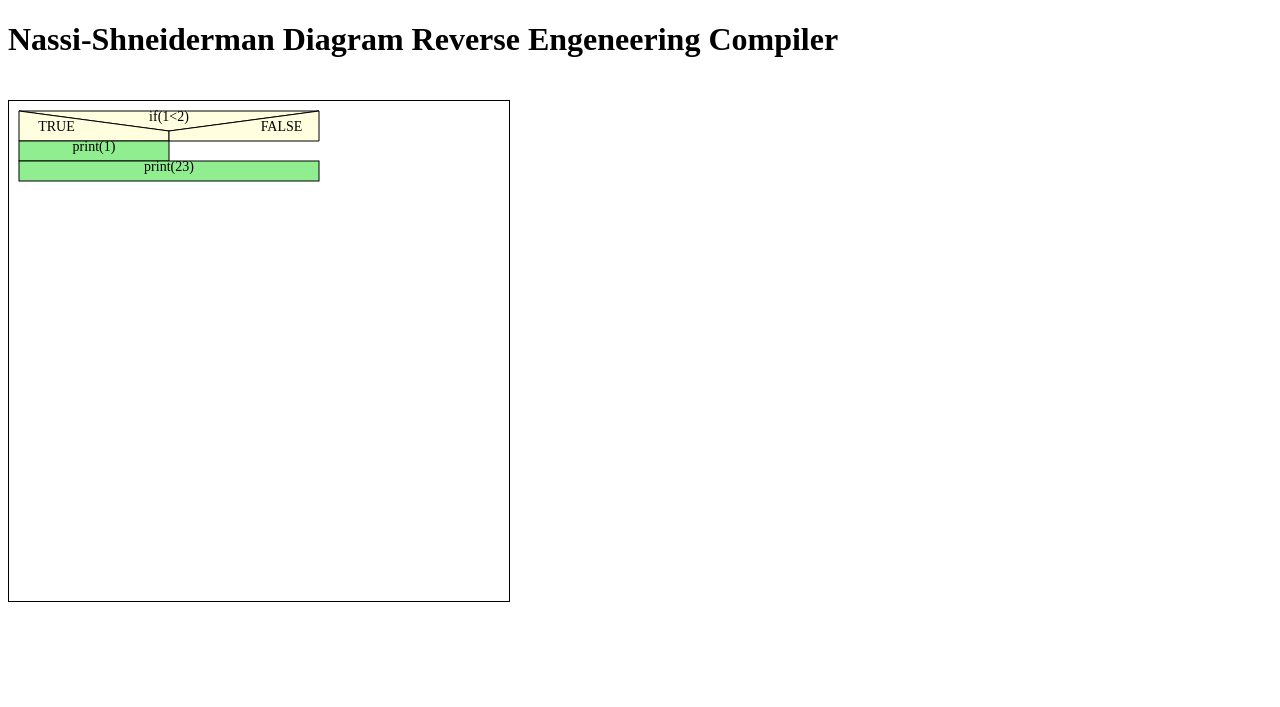
Repository: fabsch225/Nassi-Shneiderman-Compiler
Page: demo.html
An editor plug-in stored every save of this project. The page is shown before and after the next save, followed by the edit.
The browser window is 1280 px wide. The pictures show the whole page.

Above is the page before, as saved 2024-05-15 23:43:31.

### demo.html
<!DOCTYPE html>
<html lang="en">
<head>
<meta charset="UTF-8">
<meta name="viewport" content="width=device-width, initial-scale=1.0">
<title>Nassi-Shneiderman Diagram Sequence</title>
<script src="src/nassi_svg_api.js"></script>
<script src="src/compiler.js"></script>
<script src="src/converter.js"></script>
<style>
    svg {
        border: 1px solid black;
        margin: 20px auto;
        width: 500px;
        height: 500px;
    }
</style>
</head>
<body>
<h1>Nassi-Shneiderman Diagram Reverse Engeneering Compiler</h1>

<svg id="canvas" ></svg>
<script>
    var svgContainer = document.getElementById('canvas');


    //Manual creation of a Nassi-Shneiderman diagram
    /*svgContainer.innerHTML += createSequenceBlock(10, 10, 300, 50, "Start").svgAppendix;
    var block = createDecisionBlock(10, 60, 300, 100, "Was ist Schwerer", "1 Kg Federn", "1 Kg Gold");
    svgContainer.innerHTML += block.svgAppendix;
    var bounds1 = block.children[0];
    var bounds2 = block.children[1];
    var option1 = createSequenceBlock(bounds1.start_x, bounds1.start_y, bounds1.width, bounds1.height, "Das ist richtig");
    var option2 = createSequenceBlock(bounds2.start_x, bounds2.start_y, bounds2.width, bounds2.height, "Das ist richtig");
    svgContainer.innerHTML += option1.svgAppendix;
    svgContainer.innerHTML += option2.svgAppendix;*/

    // Example usage:
    const code = `
        if (1 < 2) {
            print(1)
        }
        print(23)
    `;
    var svg = convert(10, 10, 300, 50, lex_front(code));
    svgContainer.innerHTML += svg;
</script>
</body>
</html>

### src/nassi_svg_api.js
function createStartEndBlock(x, y, width, height) {
    var h = 20;
    var svgAppendix =  `<rect x="${x}" y="${y}" width="${width}" height="${h}" stroke="black" fill="lightblue" />
        <text x="${x + width / 2}" y="${y + height / 2}" font-size="14px" fill="black" text-anchor="middle">Start</text>`;
    svgAppendix +=  `<rect x="${x}" y="${y + height - h}" width="${width}" height="${h}" stroke="black" fill="lightblue" />
        <text x="${x + width / 2}" y="${y + height / 2}" font-size="14px" fill="black" text-anchor="middle">End</text>`;
    var child = {start_x: x, start_y: y + h, width: width, height: height - 2 * h};

    return {svgAppendix: svgAppendix, children: [child]};
}

function createSequenceBlock(x, y, width, height, content) {
    svgAppendix = `<rect x="${x}" y="${y}" width="${width}" height="${height}" stroke="black" fill="lightgreen" />
        <text x="${x + width / 2}" y="${y + height / 2}" font-size="14px" fill="black" text-anchor="middle">${content}</text>`;
    return {svgAppendix: svgAppendix, children: []};
}

function createDecisionBlock(x, y, width, height, question, answerA, answerB) {
    var h = 20;
    var h_extra = h / 2;
    svgAppendix = `<polygon points="${x},${y} ${x + width},${y} ${x + width / 2},${y + h}" stroke="black" fill="lightyellow" />
        <polygon points="${x},${y} ${x},${y + h + h_extra} ${x + width / 2},${y + h + h_extra} ${x + width / 2},${y + h}" stroke="black" fill="lightyellow" />
        <polygon points="${x + width},${y} ${x + width},${y + h + h_extra} ${x + width / 2},${y + h + h_extra} ${x + width / 2},${y + h}" stroke="black" fill="lightyellow" />
        <text x="${x + width / 2}" y="${y + h / 2}" font-size="14px" fill="black" text-anchor="middle">${question}</text>
        <text x="${x + 7 * width / 8}" y="${y + h}" font-size="14px" fill="black" text-anchor="middle">${answerB}</text>
        <text x="${x + width / 8}" y="${y + h}" font-size="14px" fill="black" text-anchor="middle">${answerA}</text>`;

    childA = {start_x: x, start_y: y + h + h_extra, width: width / 2, height: height - h - h_extra};
    childB = {start_x: x + width / 2, start_y: y + h + h_extra, width: width / 2, height: height - h - h_extra};

    return {svgAppendix: svgAppendix, children: [childA, childB]};
}

// TODO: function createSwitchCaseBlock
// more...

### src/compiler.js
const tokens = ['if']
const branchers = ['{', '}']
const brackets = ['(', ')']

//
// 0: function call
// 1: ifs
// 2: ifs and else

function is_token(s) {
    return tokens.includes(s)
}

function is_token_prefix(s) { //maybe not the correct def of prefix
    if (is_token(s)) {
        return false
    }
    for (let i = 0; i < tokens.length; i++) {
        if (tokens[i].startsWith(s)) {
            return true
        }
    }
    return false
}

function get_arguments(s, i) {
    if (s[i] !== brackets[0]) {
        console.log(s[i])
        throw new Error('Expected (')
    }
    let arguments = ''
    let next_char = ''
    i += 1
    while (next_char !== brackets[1]) {
        arguments += s[i]
        i++
        next_char = s[i]
    }
    return {args: arguments, index: i + 1}
}

function lex_front(s) {
    return lex_back(s.replace(/\s/g, ''));
}

function lex_back(s) {
    console.log("Compiling: " + s)
    let i = 0
    let current_token = ''
    let tokens = []
    while (i < s.length) {
        while (is_token_prefix(current_token)) {
            current_token += s[i]
            i++
        }
        if (is_token(current_token)) {
            if (current_token === 'if') {
                var type = 1
                var branches = []
                var arguments = []

                var current_arguments = get_arguments(s, i)
                i = current_arguments.index

                console.log(current_arguments.args)

                if (s[i] !== branchers[0]) {
                    console.log(s[i])
                    throw new Error('Expected {')
                }
                i += 1
                var branch = ''
                var next_char = ''
                while (next_char !== branchers[1]) {
                    if (i > s.length) {
                        throw new Error('Expected }')
                    }
                    branch += s[i]
                    i++
                    next_char = s[i]
                }
                i += 1
                branches.push(lex_back(branch))
                arguments.push(current_arguments.args)

                while (s.substring(i, i + 6) === 'elseif') {
                    i += 6
                    var current_arguments = get_arguments(s, i)
                    i = current_arguments.index
                    if (s[i] !== branchers[0]) {
                        throw new Error('Expected {')
                    }
                    i += 1
                    var branch = ''
                    var next_char = ''
                    while (next_char !== branchers[1]) {
                        if (i > s.length) {
                            throw new Error('Expected }')
                        }
                        branch += s[i]
                        i++
                        next_char = s[i]
                    }
                    i += 1

                    branches.push(lex_back(branch))
                    arguments.push(current_arguments.args)
                }
                if (s.substring(i, i + 4) === 'else') {
                    type = 2
                    i += 4
                    i += 1
                    var branch = ''
                    var next_char = ''
                    while (next_char !== branchers[1]) {
                        if (i > s.length) {
                            throw new Error('Expected }')
                        }
                        branch += s[i]
                        i++
                        next_char = s[i]
                    }
                    i += 1
                    branches.push(lex_back(branch))
                }

                tokens.push({
                    type: type,
                    name: current_token,
                    arguments: arguments,
                    branches: branches
                })
            }
        }
        else {
            while (s[i] != brackets[0]) {
                if (i > s.length) {
                    throw new Error('Expected (')
                }
                current_token += s[i]
                i++
            }
            var current_arguments = get_arguments(s, i)
            i = current_arguments.index
            tokens.push({
                type: 0,
                name: current_token,
                arguments: [current_arguments.args],
                branches: []
            })
        }
        current_token = ''
    }
    return tokens
}

### src/converter.js
function convert(x, y, width, height, tree) {
    console.log("Converting ", tree)
    let svgAppendix = ''
    //let h = height / tree.length
    let current_y = y
    for (let block of tree) {
        let h = getHeight(block)
        if (block.type == 0) { // sequential statement - function call
            svgAppendix += createSequenceBlock(x, current_y, width, h, block.name + '(' + block.arguments[0] + ')').svgAppendix
            current_y += h
        }
        else if (block.type == 1) { //ifs
            if (block.branches.length != 1) {
                throw new Error('Expected 1 branches, Nassi-Shneiderman diagrams only support single IF or one IF-ELSE statement')
            }
            var sub_block = createDecisionBlock(x, current_y, width, h, block.name + '(' + block.arguments[0] + ')', "TRUE", "FALSE");
            svgAppendix += sub_block.svgAppendix;
            var bounds1 = sub_block.children[0];
            svgAppendix += convert(bounds1.start_x, bounds1.start_y, bounds1.width, bounds1.height, block.branches[0]);
            current_y += h
        }
        else if (block.type == 2) { //ifs and else

        }
    }
    return svgAppendix
}

function getHeight(block) {
    const base_h = 20;
    if (block.type == 0) {
        return base_h
    }
    else {
        var heights = []
        console.log(block)
        for (let branch of block.branches) {
            let current_heigth = 0
            for (let sub_block of branch) {
                current_heigth += getHeight(sub_block)
            }
            heights.push(current_heigth)
        }
        return base_h * 3 / 2 + Math.max(...heights)
    }
}

After the next save:
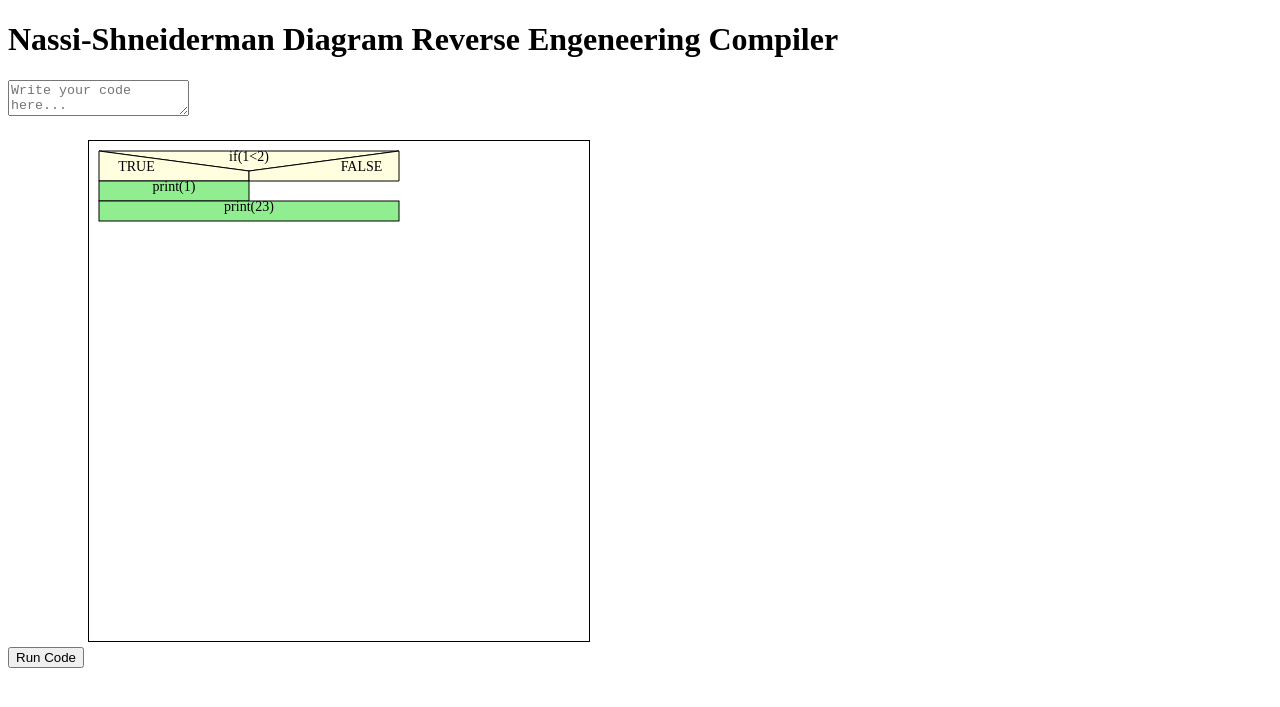
Saved 55 s later.
--- a/demo.html
+++ b/demo.html
@@ -18,7 +18,8 @@
 </head>
 <body>
 <h1>Nassi-Shneiderman Diagram Reverse Engeneering Compiler</h1>
-
+<textarea id="code-block" placeholder="Write your code here..."></textarea><br>
+<button id="code-button" onclick="runCode()">Run Code</button>
 <svg id="canvas" ></svg>
 <script>
     var svgContainer = document.getElementById('canvas');
